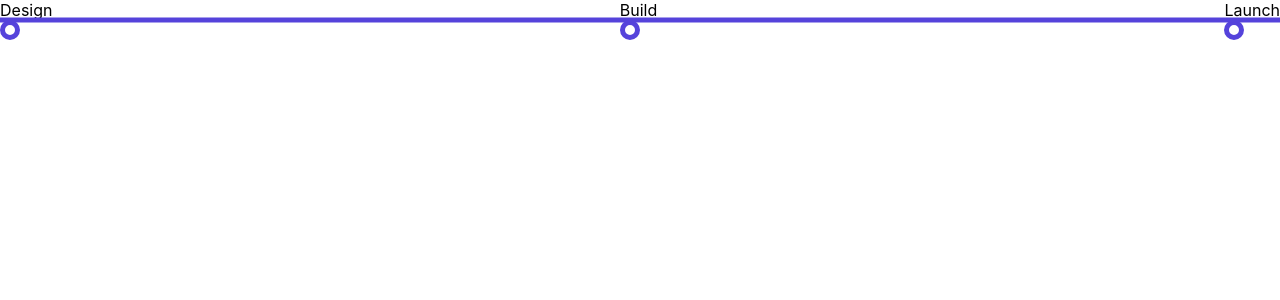
Repository: remrtehno/StepProgressBar
Page: /
An editor plug-in stored every save of this project. The page is shown before and after the next save, followed by the edit.
The browser window is 1280 px wide. The pictures show the whole page.
The project was rebuilt for these pictures with package versions that can differ from the ones it lists, and the page was loaded fresh each time.

Above is the page before, as saved 2021-05-30 23:09:17.

After the next save:
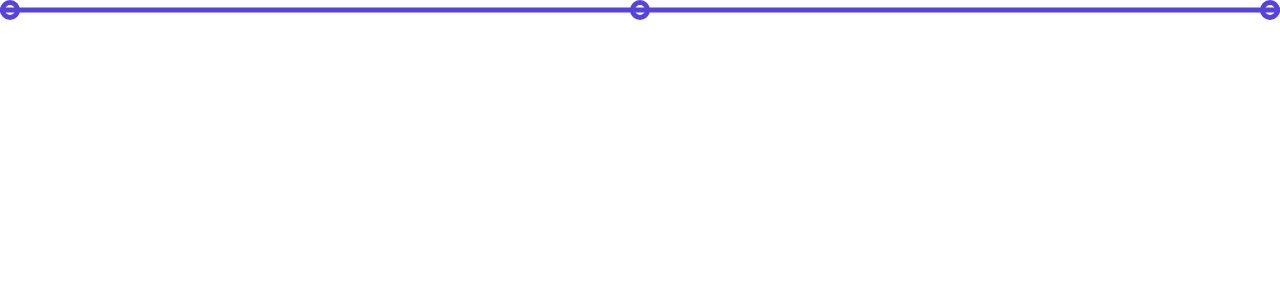
Saved 2 min 14 s later.
--- a/src/ProgressBar/Ball.tsx
+++ b/src/ProgressBar/Ball.tsx
@@ -1,9 +1,8 @@
 import { FC } from 'react';
 import s from './ProgressBar.module.scss'
 
-const Ball:FC<{label: string}> = (props) => {
+const Ball: FC<{ label: string }> = (props) => {
   return <div>
-    {props.label}
     <div className={s.Ball} />
   </div>
 }
